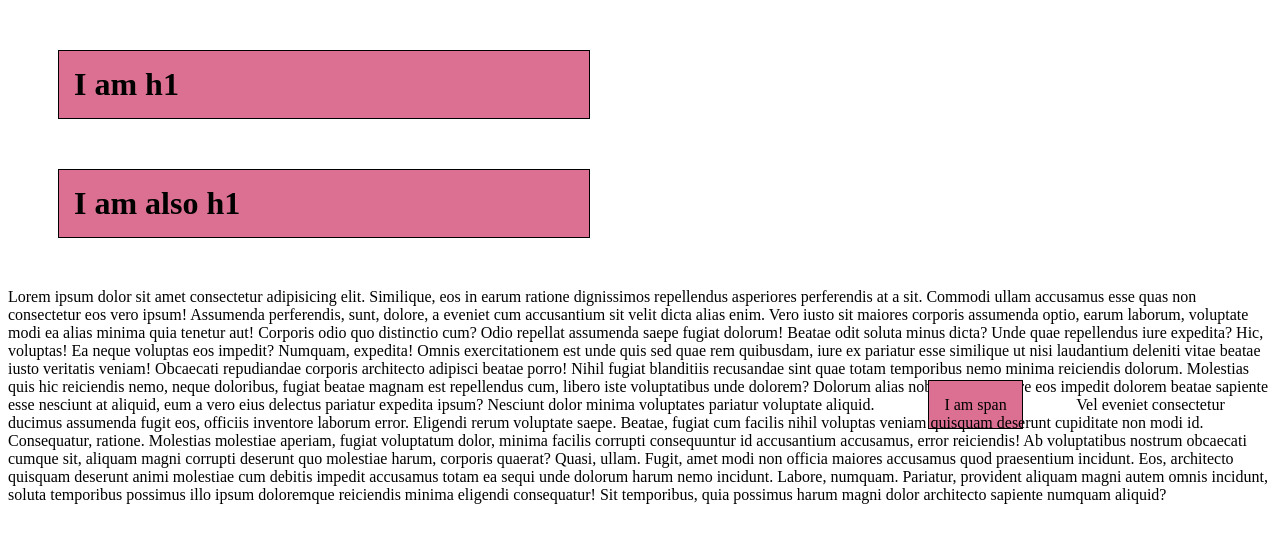
Repository: zhFIsHappy/UdemyFullStack
Page: app2.html
An editor plug-in stored every save of this project. The page is shown before and after the next save, followed by the edit.
The browser window is 1280 px wide. The pictures show the whole page.

Above is the page before, as saved 2022-03-24 11:05:34.

### app2.html
   <!DOCTYPE html>
   <html lang="en">
   <head>
       <meta charset="UTF-8">
       <meta http-equiv="X-UA-Compatible" content="IE=edge">
       <meta name="viewport" content="width=device-width, initial-scale=1.0">
       <title>Document</title>
       <link rel ="stylesheet" href="app2.css">
   </head>
   <body>
       <h1>I am h1</h1>
        <h1>I am also h1</h1>
       <p>Lorem ipsum dolor sit amet consectetur adipisicing elit. Similique, eos in earum ratione dignissimos repellendus asperiores perferendis at a sit. Commodi ullam accusamus esse quas non consectetur eos vero ipsum!
       Assumenda perferendis, sunt, dolore, a eveniet cum accusantium sit velit dicta alias enim. Vero iusto sit maiores corporis assumenda optio, earum laborum, voluptate modi ea alias minima quia tenetur aut!
       Corporis odio quo distinctio cum? Odio repellat assumenda saepe fugiat dolorum! Beatae odit soluta minus dicta? Unde quae repellendus iure expedita? Hic, voluptas! Ea neque voluptas eos impedit? Numquam, expedita!
       Omnis exercitationem est unde quis sed quae rem quibusdam, iure ex pariatur esse similique ut nisi laudantium deleniti vitae beatae iusto veritatis veniam! Obcaecati repudiandae corporis architecto adipisci beatae porro!
       Nihil fugiat blanditiis recusandae sint quae totam temporibus nemo minima reiciendis dolorum. Molestias quis hic reiciendis nemo, neque doloribus, fugiat beatae magnam est repellendus cum, libero iste voluptatibus unde dolorem?
       Dolorum alias nobis iure id facere eos impedit dolorem beatae sapiente esse nesciunt at aliquid, eum a vero eius delectus pariatur expedita ipsum? Nesciunt dolor minima voluptates pariatur voluptate aliquid.
       <span>I am span</span>
       Vel eveniet consectetur ducimus assumenda fugit eos, officiis inventore laborum error. Eligendi rerum voluptate saepe. Beatae, fugiat cum facilis nihil voluptas veniam quisquam deserunt cupiditate non modi id. Consequatur, ratione.
       Molestias molestiae aperiam, fugiat voluptatum dolor, minima facilis corrupti consequuntur id accusantium accusamus, error reiciendis! Ab voluptatibus nostrum obcaecati cumque sit, aliquam magni corrupti deserunt quo molestiae harum, corporis quaerat?
       Quasi, ullam. Fugit, amet modi non officia maiores accusamus quod praesentium incidunt. Eos, architecto quisquam deserunt animi molestiae cum debitis impedit accusamus totam ea sequi unde dolorum harum nemo incidunt.
       Labore, numquam. Pariatur, provident aliquam magni autem omnis incidunt, soluta temporibus possimus illo ipsum doloremque reiciendis minima eligendi consequatur! Sit temporibus, quia possimus harum magni dolor architecto sapiente numquam aliquid?</p>
   </body>
   </html>

### app2.css
/*display */
span{
    background-color: palevioletred;
    border: 1px solid black;
    width: 500px;
    padding: 15px;
    margin:50px;
}
h1{
    background-color: palevioletred;
    border: 1px solid black;
    width: 500px;
    padding: 15px;
    margin:50px;
}

After the next save:
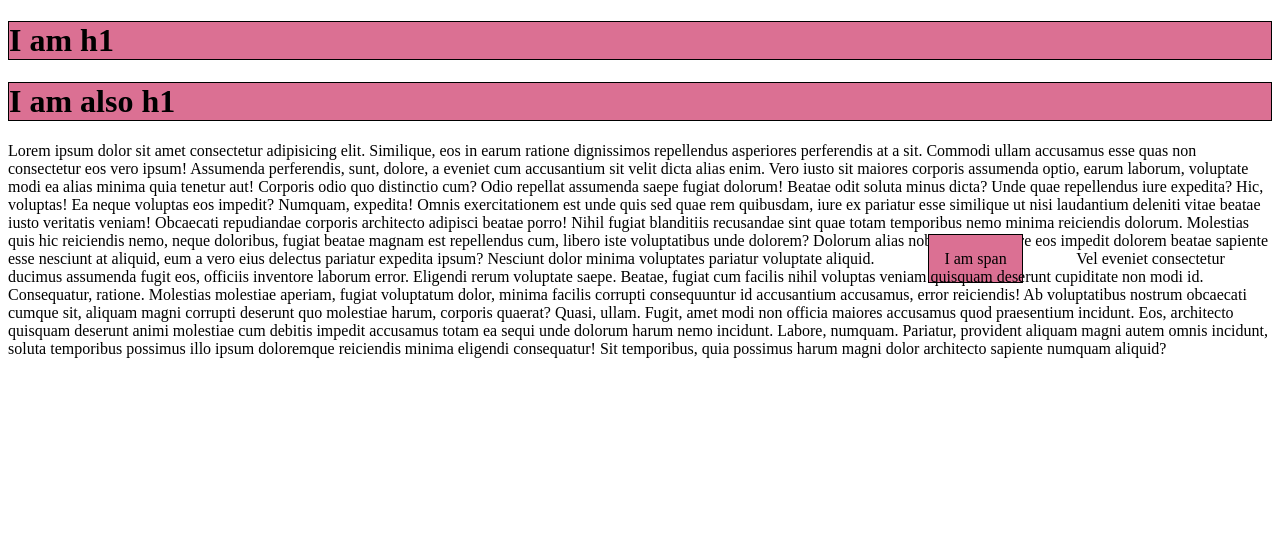
Saved 4 s later.
--- a/app2.css
+++ b/app2.css
@@ -9,7 +9,5 @@ span{
 h1{
     background-color: palevioletred;
     border: 1px solid black;
-    width: 500px;
-    padding: 15px;
-    margin:50px;
+
 }
